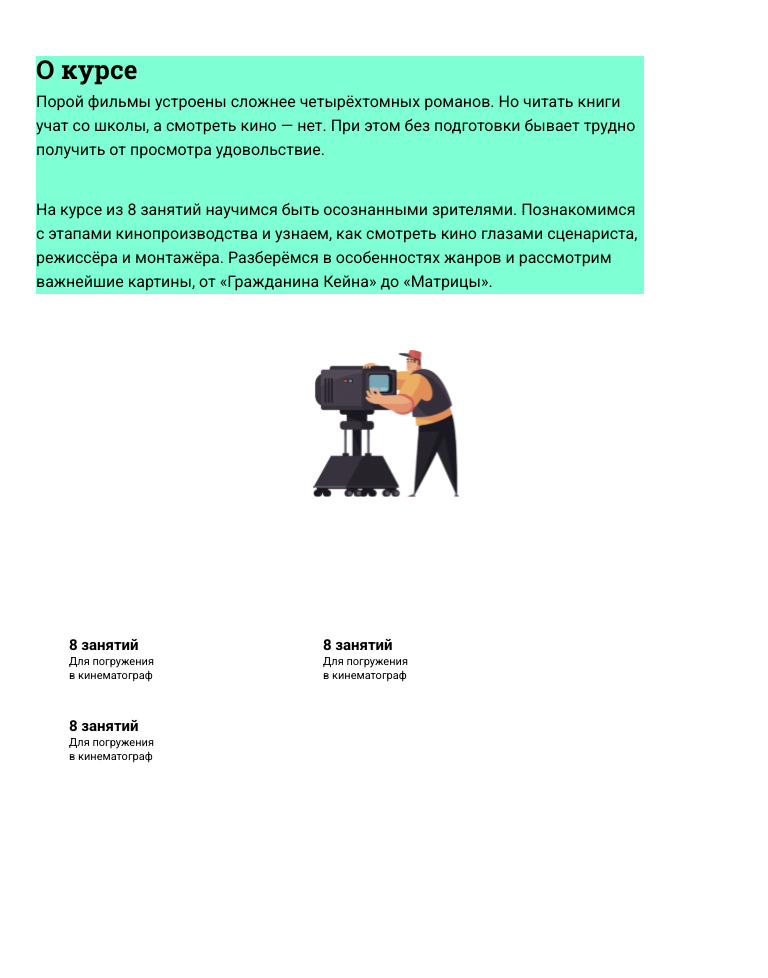
Repository: mirali879/Figma-project1
Page: index.html
These files come from the project's save history. The page is drawn as it stood at one moment and after the next save; the edit follows.
The browser window is 768 px wide. The pictures show the whole page.

Above is the page before, as saved 2023-04-30 12:27:58.

After the next save:
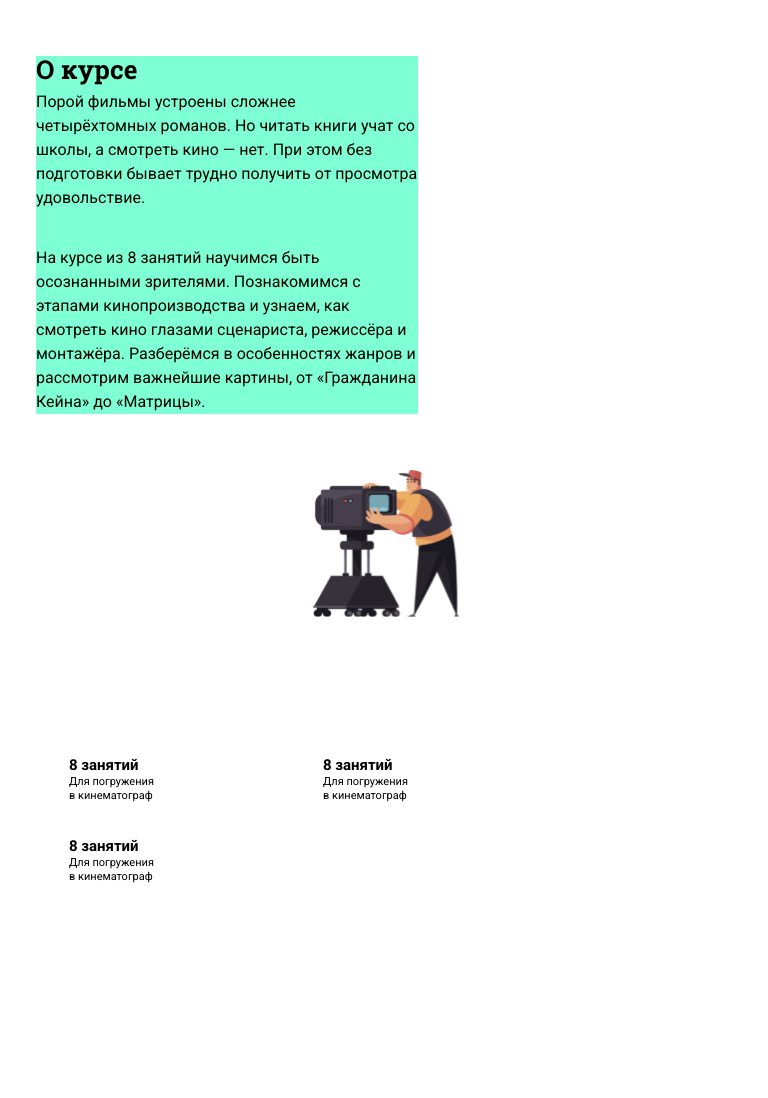
Saved 43 s later.
--- a/index.css
+++ b/index.css
@@ -158,7 +158,6 @@ li h5 {
 
   .left {
     background-color: aquamarine;
-    width: 608px;
   }
 
   .right {
